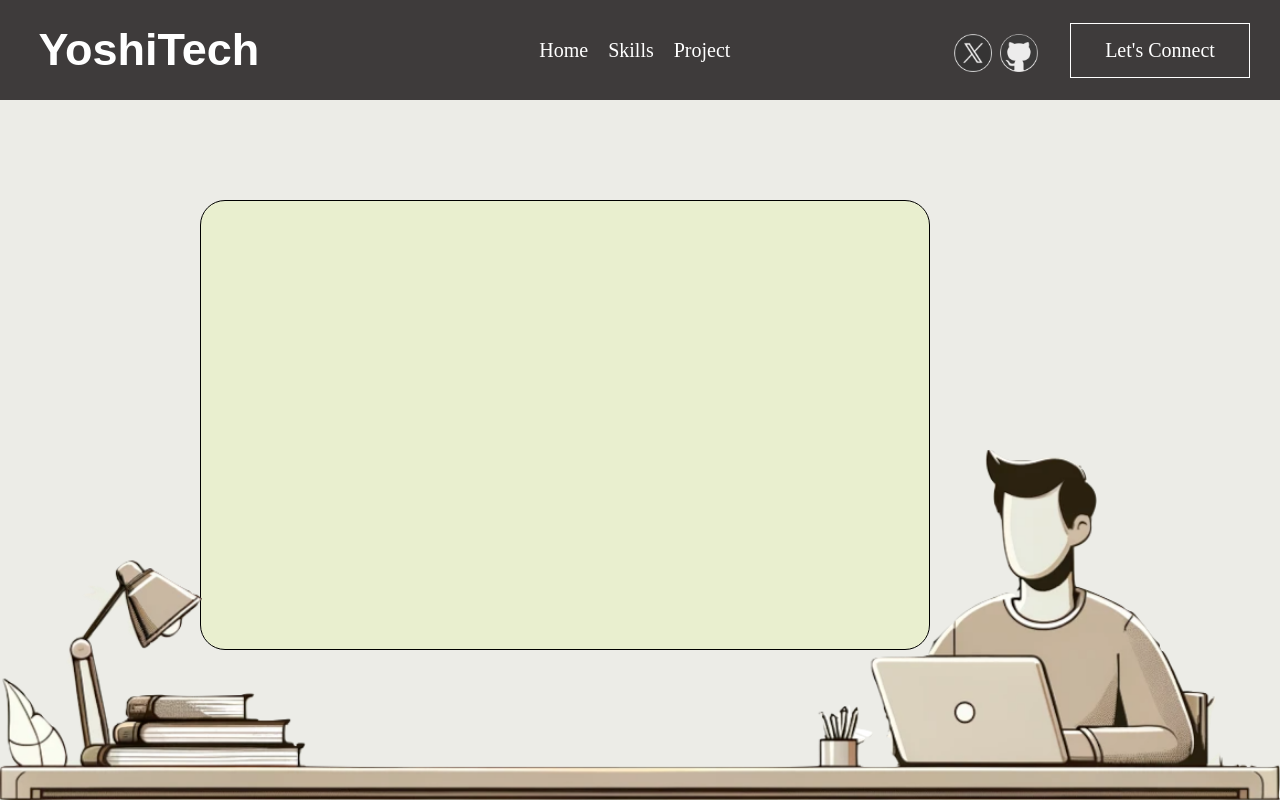
Repository: Yoshiki0418/My_Portfolio
Page: index.html
The author's editor kept a copy of each file at every save. The page is drawn from the files as they stood at one save, then again after the next save.
The browser window is 1280 px wide. The pictures show the whole page.

Above is the page before, as saved 2024-01-05 21:01:21.

After the next save:
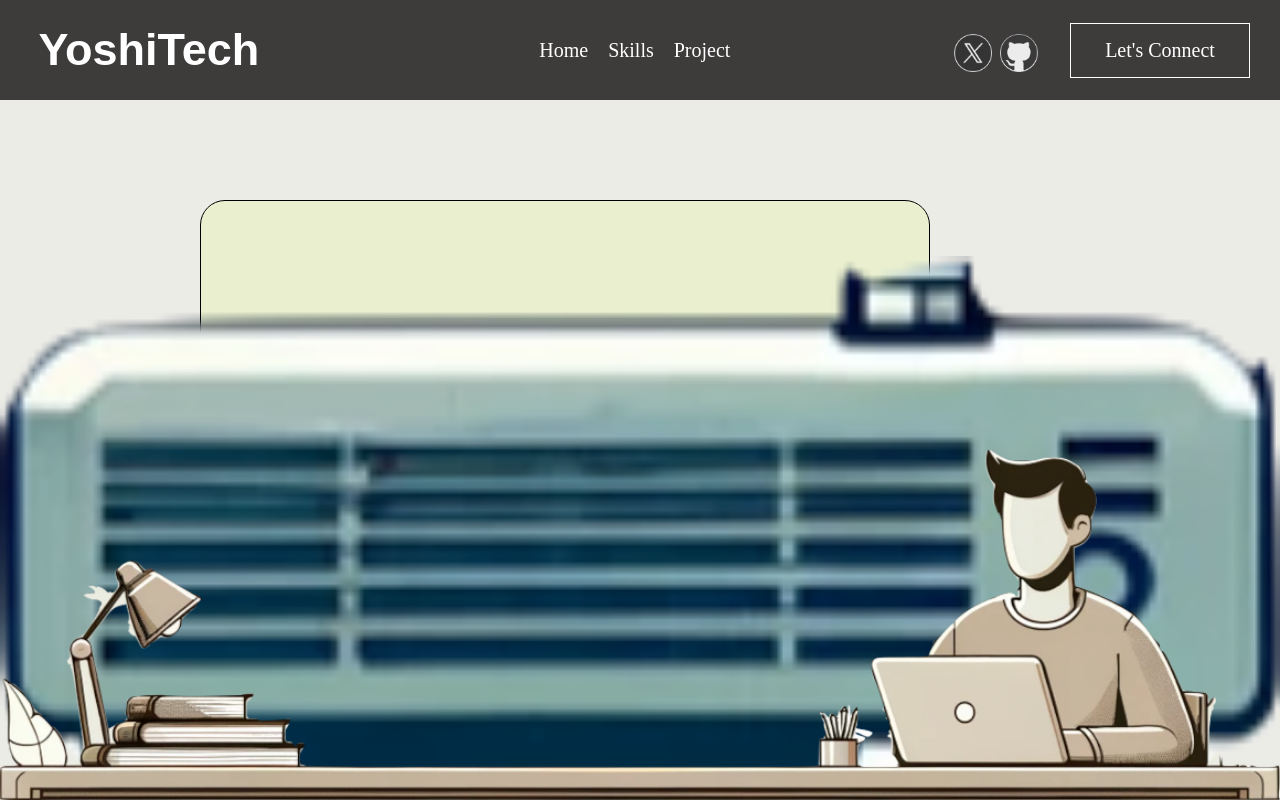
Saved 3 min 29 s later.
--- a/index.html
+++ b/index.html
@@ -31,6 +31,7 @@
                     <div class="circle"></div>
                 </div>
             </div>
+            <img class="background" src="static/image/2.png">
             <img class="background" src="static/image/1.jpeg">
         </section>
     </main>
